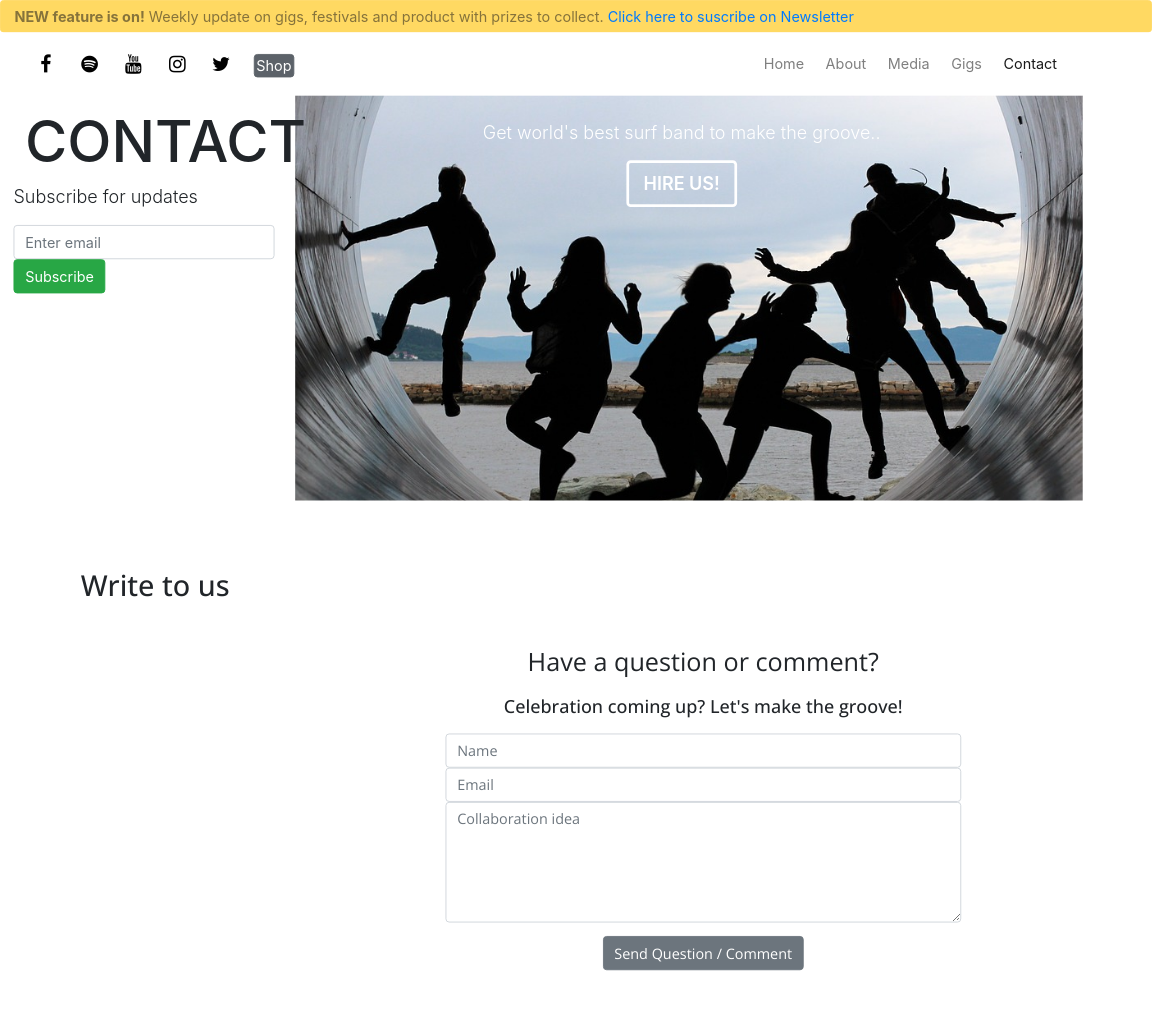
Repository: NamcorStudent/Stream_1_Project_HTML5-CSS3
Page: contact.html
The author's editor kept a record of every edit. The page is drawn from the files as they stood at one moment, then again after the next edit.
The browser window is 1280 px wide. The pictures show the whole page, at 90% of full size.
Some web libraries are served in a nearby version.

Above is the page before.

After the next edit:
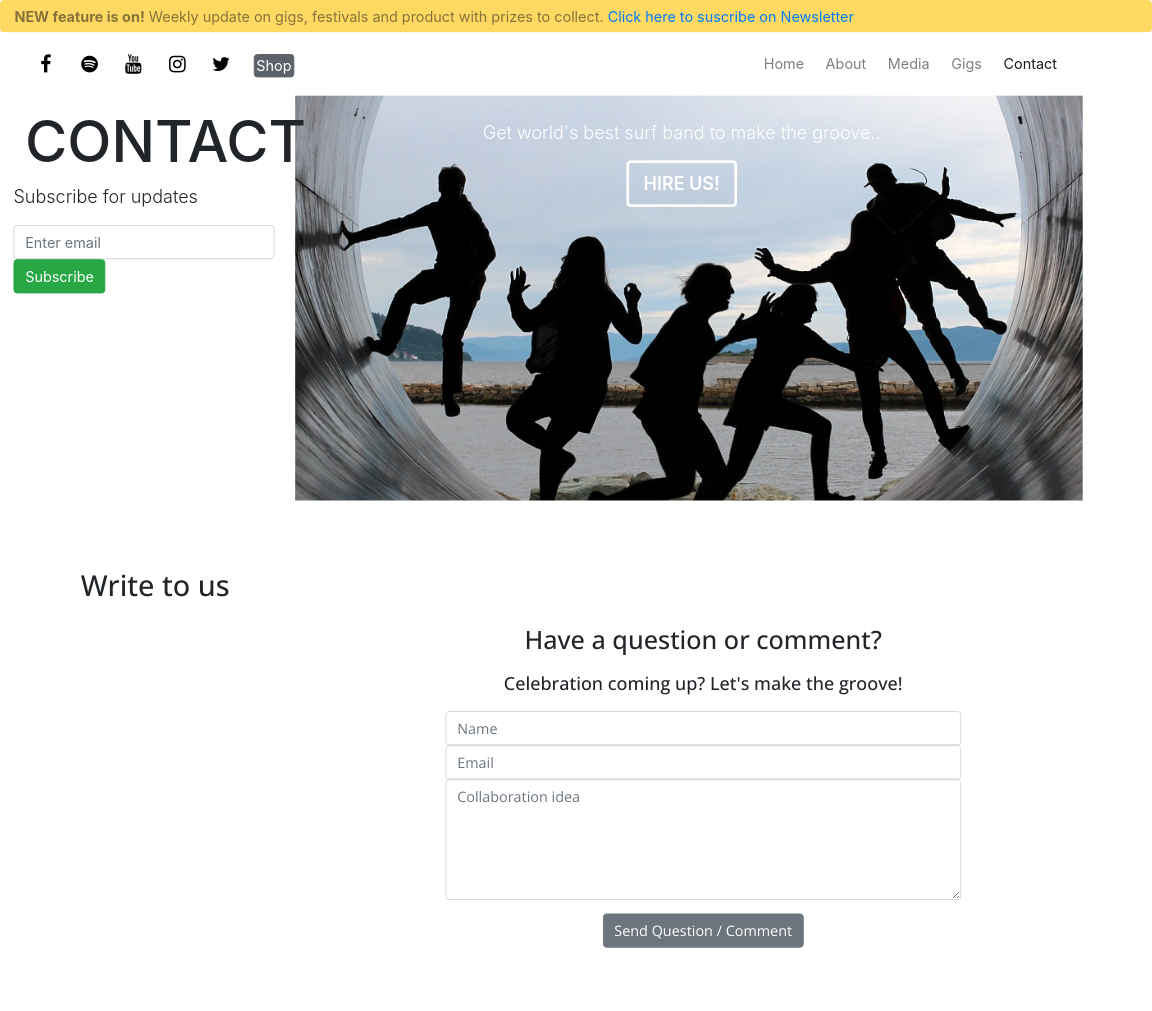
The edit:
--- a/assets/css/style.css
+++ b/assets/css/style.css
@@ -482,8 +482,6 @@
 /*------------------------------------------CONTACT--------------------------*/
 
 .contact-heading {
-    font-weight: 300;
-    margin-top: 25px;
     margin-bottom: 20px;
 }
 
